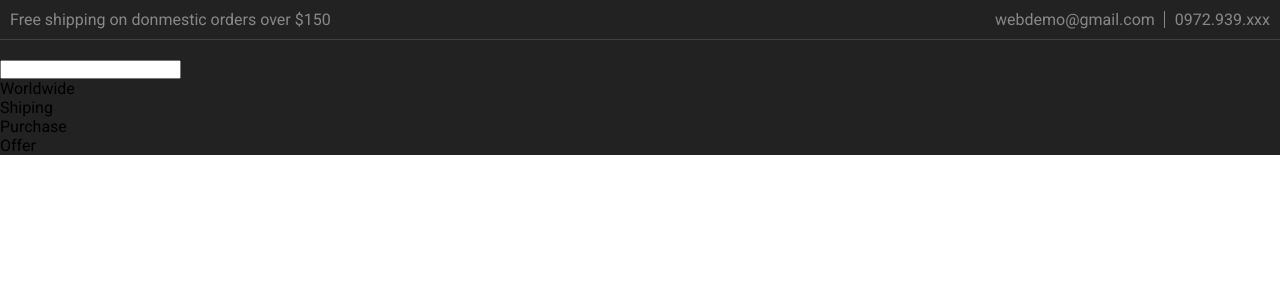
Repository: ldminh95/demo01
Page: index.html
An editor plug-in stored every save of this project. The page is shown before and after the next save, followed by the edit.
The browser window is 1280 px wide. The pictures show the whole page.

Above is the page before, as saved 2023-09-09 16:08:54.

After the next save:
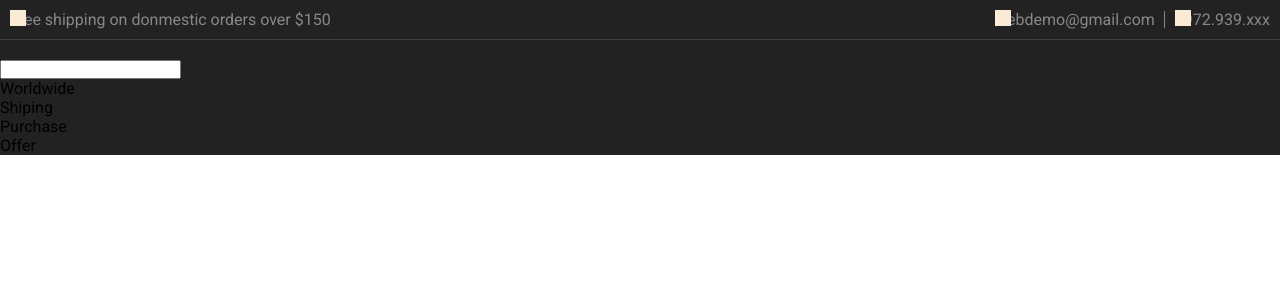
Saved 7 s later.
--- a/style.css
+++ b/style.css
@@ -43,6 +43,7 @@ header {
     left: 0;
     width: 16px;
     height: 16px;
+    background-color: antiquewhite;
 }
 .header_info .info_right p:first-child::after  {
     content: "";
